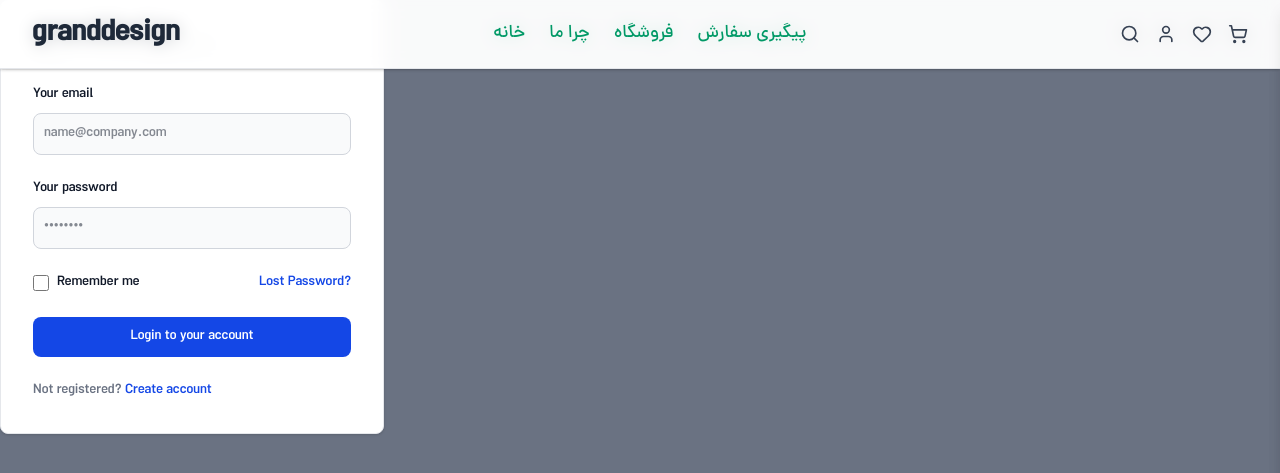
Repository: Aihan-2005/granddesign.frontend
Page: /productTracking
These files come from the project's save history. The page is drawn as it stood at one moment and after the next save; the edit follows.
The browser window is 1280 px wide. The pictures show the whole page.
The project was rebuilt for these pictures with package versions that can differ from the ones it lists, and the page was loaded fresh each time. The framework's server and built-in components were replaced by stand-ins that run in the browser. Also part of the build but not shown: next.config.mjs, src/components/store/modal/Search.jsx, src/zustand/useAuthStore.jsx, src/components/store/modal/Login.jsx, src/components/store/modal/CartModal.jsx, src/components/store/modal/FavoritesModal.jsx.

Above is the page before, as saved 2025-09-16 01:30:11.

### src/app/layout.jsx
import { Geist, Geist_Mono } from "next/font/google";
import "./globals.css";
import Header from './../components/store/Headers';
import Search from './../components/store/modal/Search';
import LoginModal from './../components/store/modal/Login';
import CartModal from './../components/store/modal/CartModal';
import FavoritesModal from "@/components/store/modal/FavoritesModal";

const geistSans = Geist({
  variable: "--font-geist-sans",
  subsets: ["latin"],
});

const geistMono = Geist_Mono({
  variable: "--font-geist-mono",
  subsets: ["latin"],
});

export const metadata = {
  title: "Create Next App",
  description: "Generated by create next app",
};

export default function RootLayout({ children }) {
  return (
    <html lang="en">
      <body className={`${geistSans.variable} ${geistMono.variable} antialiased`}>
        <Header />
        {children}
        <Search/>
        <LoginModal />
        <FavoritesModal/>
        <CartModal />
      </body>
    </html>
  );
}

### src/app/(fullpage)/layout.jsx
export default function LayoutRegister({children}){
    return(
        <>
        {children}
        </>
    )
}

### src/app/(fullpage)/productTracking/page.jsx
import Header from "@/components/store/Headers";
export default function ProductTracking(){
    return(
        <div className="min-h-screen bg-gray-500 relative overflow-hidden" >
              <Header />

              <div dir='rtl'></div>


<div className="w-full max-w-sm p-4 bg-white border border-gray-200 rounded-lg shadow-sm sm:p-6 md:p-8 dark:bg-gray-800 dark:border-gray-700">
    <form className="space-y-6" action="#">
        <h5 className="text-xl font-medium text-gray-900 dark:text-white">Sign in to our platform</h5>
        <div>
            <label htmlFor="number" className="block mb-2 text-sm font-medium text-gray-900 dark:text-white">Your email</label>
            <input type="number" name="email" id="number" className="bg-gray-50 border border-gray-300 text-gray-900 text-sm rounded-lg focus:ring-blue-500 focus:border-blue-500 block w-full p-2.5 dark:bg-gray-600 dark:border-gray-500 dark:placeholder-gray-400 dark:text-white" placeholder="name@company.com" required />
        </div>
        <div>
            <label for="password" className="block mb-2 text-sm font-medium text-gray-900 dark:text-white">Your password</label>
            <input type="password" name="password" id="password" placeholder="••••••••" className="bg-gray-50 border border-gray-300 text-gray-900 text-sm rounded-lg focus:ring-blue-500 focus:border-blue-500 block w-full p-2.5 dark:bg-gray-600 dark:border-gray-500 dark:placeholder-gray-400 dark:text-white" required />
        </div>
        <div className="flex items-start">
            <div className="flex items-start">
                <div className="flex items-center h-5">
                    <input id="remember" type="checkbox" value="" className="w-4 h-4 border border-gray-300 rounded-sm bg-gray-50 focus:ring-3 focus:ring-blue-300 dark:bg-gray-700 dark:border-gray-600 dark:focus:ring-blue-600 dark:ring-offset-gray-800 dark:focus:ring-offset-gray-800" required />
                </div>
                <label for="remember" className="ms-2 text-sm font-medium text-gray-900 dark:text-gray-300">Remember me</label>
            </div>
            <a href="#" className="ms-auto text-sm text-blue-700 hover:underline dark:text-blue-500">Lost Password?</a>
        </div>
        <button type="submit" className="w-full text-white bg-blue-700 hover:bg-blue-800 focus:ring-4 focus:outline-none focus:ring-blue-300 font-medium rounded-lg text-sm px-5 py-2.5 text-center dark:bg-blue-600 dark:hover:bg-blue-700 dark:focus:ring-blue-800">Login to your account</button>
        <div className="text-sm font-medium text-gray-500 dark:text-gray-300">
            Not registered? <a href="#" className="text-blue-700 hover:underline dark:text-blue-500">Create account</a>
        </div>
    </form>
</div>

              </div>
    )
}

### src/app/globals.css
@import "tailwindcss";



@font-face {
  font-family: "Biski";
  src: url("/Fonts/biski/BiskiTrial-Regular.otf") format(opentype);
}
@font-face {
  font-family: "Dana";
  src: url("/Fonts/dana/dana medium.ttf") format(truetype);
}
@font-face {
  font-family: "Niaz";
  src: url("/Fonts/niaz/niaz.ttf") format(truetype);
}

*{
  font-family:"Dana";
   scroll-behavior: smooth;
}




body::-webkit-scrollbar {
    width: 7px;
}

body::-webkit-scrollbar-track {
    background-color: inherit;
    border-radius: 25px;
}

body::-webkit-scrollbar-thumb {
    background-color: rgb(130, 130, 130);
    border-radius: 25px;
}

.changeScroll::-webkit-scrollbar {
    height:  7px;
}

.changeScroll::-webkit-scrollbar-track {
    background-color: inherit;
    border-radius: 25px;
}

.changeScroll::-webkit-scrollbar-thumb {
    background-color: rgb(130, 130, 130);
    border-radius: 25px;
}


body {
background-color: rgba(49, 49, 49, 0.901);
width: 100%;
height: 100%;
}


input:-webkit-autofill,
input:-webkit-autofill:hover,
input:-webkit-autofill:focus,
input:-webkit-autofill:active {
    -webkit-box-shadow: 0 0 0px 1000px #0f172a00 inset !important;
    box-shadow: 0 0 0px 1000px #0f172a00 inset !important;
    -webkit-text-fill-color: #fff !important;
    caret-color: #ffffff !important;
    border-color: #94a3b800 !important;
    transition: background-color 9999s ease-in-out 0s, color 9999s ease-in-out 0s;
    appearance: none;
}
.no-scrollbar::-webkit-scrollbar {
  display: none;
}
.no-scrollbar {
  -ms-overflow-style: none;  /* IE and Edge */
  scrollbar-width: none;  /* Firefox */
}

### src/zustand/Search.jsx
import { create } from "zustand";


export const useSearchStore = create((set) => ({
  isSearchOpen: false,
  openSearch: () => set({ isSearchOpen: true }),
  closeSearch: () => set({ isSearchOpen: false }),
}));

### src/zustand/loginStore.jsx
import { create } from "zustand";


export const useLoginStore = create((set)=>({
    isLoginOpen : false,
    openLogin:()=>set({isLoginOpen:true}),
    closeLogin:()=>set({isLoginOpen:false})
}));

### src/zustand/cartStore.jsx
// import { create } from "zustand";

// export const useCartStore = create((set) => ({
//   isCartOpen: false,
//   items: [],

//   openCart: () => set({ isCartOpen: true }),
//   closeCart: () => set({ isCartOpen: false }),

//   addItem: (product) =>
//     set((state) => {
//       const existing = state.items.find((item) => item.id === product.id);
//       if (existing) {
//         return {
//           items: state.items.map((item) =>
//             item.id === product.id
//               ? { ...item, quantity: item.quantity + 1 }
//               : item
//           ),
//         };
//       }
//       return {
//         items: [...state.items, { ...product, quantity: 1 }],
//       };
//     }),

//   removeItem: (id) =>
//     set((state) => ({
//       items: state.items.filter((item) => item.id !== id),
//     })),
// }));
// src/zustand/cartStore.js
import { create } from 'zustand';
import { persist } from 'zustand/middleware'; // اضافه کردن این import

export const useCartStore = create(
  persist( // اضافه کردن persist
    (set, get) => ({
      items: [],
      isCartOpen: false,

      openCart: () => set({ isCartOpen: true }),
      closeCart: () => set({ isCartOpen: false }),

      addItem: (product) => set((state) => {
        const existingItem = state.items.find(item => item.id === product.id);
        if (existingItem) {
          return {
            items: state.items.map(item =>
              item.id === product.id
                ? { ...item, quantity: item.quantity + 1 }
                : item
            )
          };
        } else {
          return {
            items: [...state.items, { ...product, quantity: 1 }]
          };
        }
      }),

      removeItem: (productId) => set((state) => ({
        items: state.items.filter(item => item.id !== productId)
      })),

      updateQuantity: (productId, newQuantity) => set((state) => ({
        items: state.items.map(item =>
          item.id === productId
            ? { ...item, quantity: Math.max(0, newQuantity) }
            : item
        ).filter(item => item.quantity > 0)
      })),

      clearCart: () => set({ items: [] })
    }),
    {
      name: 'cart-storage', // نام برای localStorage
    }
  )
);

### src/zustand/favoritesStore.jsx
// // src/zustand/wishlistStore.js
// import { create } from 'zustand';
// import { persist } from 'zustand/middleware';

// export const useWishlistStore = create(
//   persist(
//     (set, get) => ({
//       wishlistItems: [],

//       // اضافه کردن محصول به علاقه‌مندی‌ها
//       addToWishlist: (product) => set((state) => {
//         const exists = state.wishlistItems.find(item => item.id === product.id);
//         if (!exists) {
//           return { wishlistItems: [...state.wishlistItems, product] };
//         }
//         return state;
//       }),

//       // حذف محصول از علاقه‌مندی‌ها
//       removeFromWishlist: (productId) => set((state) => ({
//         wishlistItems: state.wishlistItems.filter(item => item.id !== productId)
//       })),

//       // تغییر وضعیت محصول در علاقه‌مندی‌ها
//       toggleWishlistItem: (product) => set((state) => {
//         const exists = state.wishlistItems.find(item => item.id === product.id);
//         if (exists) {
//           return {
//             wishlistItems: state.wishlistItems.filter(item => item.id !== product.id)
//           };
//         } else {
//           return {
//             wishlistItems: [...state.wishlistItems, product]
//           };
//         }
//       }),

//       // پاک کردن همه علاقه‌مندی‌ها
//       clearWishlist: () => set({ wishlistItems: [] }),

//       // بررسی وجود محصول در علاقه‌مندی‌ها
//       isInWishlist: (productId) => {
//         return get().wishlistItems.some(item => item.id === productId);
//       }
//     }),
//     {
//       name: 'wishlist-storage', // نام برای ذخیره در localStorage
//     }
//   )
// );
// src/zustand/wishlistStore.js
// src/zustand/favoritesStore.js
import { create } from 'zustand';
import { persist } from 'zustand/middleware';

export const useWishlistStore = create(
  persist(
    (set, get) => ({
      wishlistItems: [],
      isFavoritesOpen: false, // اضافه کردن این خط

      // توابع جدید برای مدیریت modal
      openFavorites: () => set({ isFavoritesOpen: true }),
      closeFavorites: () => set({ isFavoritesOpen: false }),

      // توابع قبلی...
      addToWishlist: (product) => set((state) => {
        const exists = state.wishlistItems.find(item => item.id === product.id);
        if (!exists) {
          return { wishlistItems: [...state.wishlistItems, product] };
        }
        return state;
      }),

      removeFromWishlist: (productId) => set((state) => ({
        wishlistItems: state.wishlistItems.filter(item => item.id !== productId)
      })),

      toggleWishlistItem: (product) => set((state) => {
        const exists = state.wishlistItems.find(item => item.id === product.id);
        if (exists) {
          return {
            wishlistItems: state.wishlistItems.filter(item => item.id !== product.id),
            isFavoritesOpen: true // باز نگه داشتن modal بعد از حذف
          };
        } else {
          return {
            wishlistItems: [...state.wishlistItems, product],
            isFavoritesOpen: true // باز نگه داشتن modal بعد از اضافه کردن
          };
        }
      }),

      clearWishlist: () => set({ wishlistItems: [] }),

      isInWishlist: (productId) => {
        return get().wishlistItems.some(item => item.id === productId);
      }
    }),
    {
      name: 'wishlist-storage',
    }
  )
);

Loaded but not shown: src/zustand/store.js (18 lines, source omitted); src/components/store/Headers.jsx (396 lines, source omitted)

After the next save:
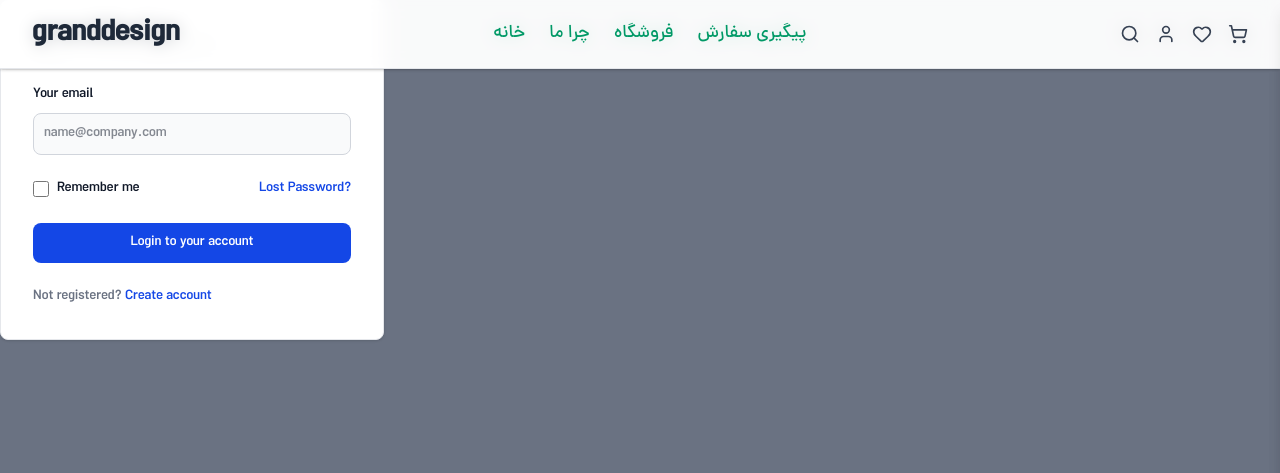
Saved 4 s later.
--- a/src/app/(fullpage)/productTracking/page.jsx
+++ b/src/app/(fullpage)/productTracking/page.jsx
@@ -14,10 +14,7 @@ export default function ProductTracking(){
             <label htmlFor="number" className="block mb-2 text-sm font-medium text-gray-900 dark:text-white">Your email</label>
             <input type="number" name="email" id="number" className="bg-gray-50 border border-gray-300 text-gray-900 text-sm rounded-lg focus:ring-blue-500 focus:border-blue-500 block w-full p-2.5 dark:bg-gray-600 dark:border-gray-500 dark:placeholder-gray-400 dark:text-white" placeholder="name@company.com" required />
         </div>
-        <div>
-            <label for="password" className="block mb-2 text-sm font-medium text-gray-900 dark:text-white">Your password</label>
-            <input type="password" name="password" id="password" placeholder="••••••••" className="bg-gray-50 border border-gray-300 text-gray-900 text-sm rounded-lg focus:ring-blue-500 focus:border-blue-500 block w-full p-2.5 dark:bg-gray-600 dark:border-gray-500 dark:placeholder-gray-400 dark:text-white" required />
-        </div>
+
         <div className="flex items-start">
             <div className="flex items-start">
                 <div className="flex items-center h-5">
